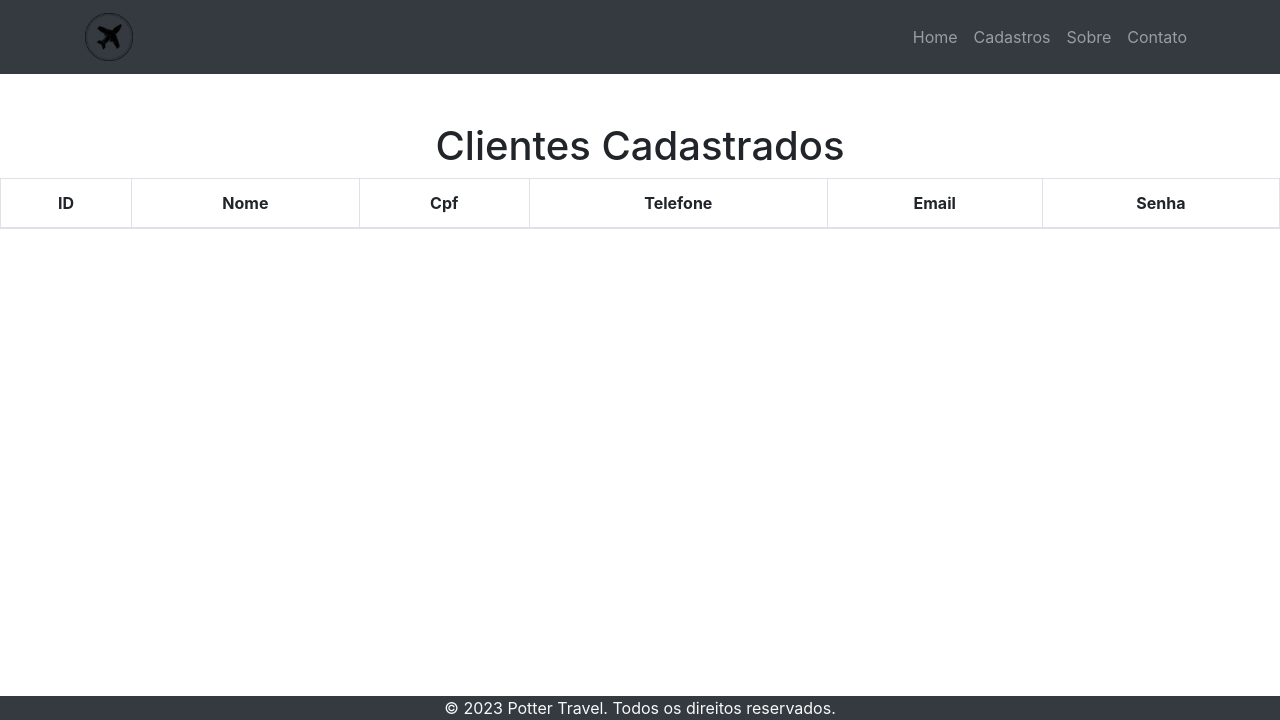
Repository: marcelledssantos/PotterTravel-MVC
Page: http://localhost/PotterTravel-MVC/ReadController
These files come from the project's save history. The page is drawn as it stood at one moment and after the next save; the edit follows.
The browser window is 1280 px wide. The pictures show the whole page.
Some web libraries are served in a nearby version. The page is served by Tomcat 9. Other server files are loaded and not shown. Queries for data that is not in the repository find no rows.

Above is the page before, as saved 2023-11-03 00:25:24.

### PotterTravel-MVC/src/main/webapp/clientes.jsp
<%@ page language="java" contentType="text/html; charset=UTF-8"
	pageEncoding="UTF-8"%>

	<%@ taglib prefix="jstl" uri="http://java.sun.com/jsp/jstl/core"%>

<!DOCTYPE html>
<html>
<head>
<meta charset="UTF-8">
<title>Clientes Cadastrados</title>
<!-- Inclua o link para o Bootstrap via CDN -->

<link rel="stylesheet"
	href="https://maxcdn.bootstrapcdn.com/bootstrap/4.5.2/css/bootstrap.min.css">
</head>
<body class="text-center">

    <!-- Cabeçalho -->

     <header>
        <nav class="navbar navbar-expand-lg navbar-dark  bg-dark text-light">
            <div class="container">
                <a class="navbar-brand" href="#"><img src="./Icon/aviao.png"/ height="48px"></a>
                <button class="navbar-toggler" type="button" data-toggle="collapse" data-target="#navbarNav" aria-controls="navbarNav" aria-expanded="false" aria-label="Toggle navigation">
                    <span class="navbar-toggler-icon"></span>
                </button>
                <div class="collapse navbar-collapse" id="navbarNav">
                    <ul class="navbar-nav ml-auto">
                        <li class="nav-item">
                            <a class="nav-link" href="#">Home</a>
                        </li>
                        <li class="nav-item">
                            <a class="nav-link" href="ReadController">Cadastros</a>
                        </li>
                        <li class="nav-item">
                            <a class="nav-link" href="#sobre">Sobre</a>
                        </li>
                        <li class="nav-item">
                            <a class="nav-link" href="#contato">Contato</a>
                        </li>
                    </ul>
                </div>
            </div>
        </nav>
    </header>

	<h1 class="mt-5">Clientes Cadastrados</h1>
		<table class="table table-bordered">
			<thead>
				<tr>
					<th>ID</th>
					<th>Nome</th>
					<th>Cpf</th>
					<th>Telefone</th>
					<th>Email</th>
					<th>Senha</th>
				</tr>
			</thead>
			<tbody>
				<jstl:forEach items="${clientes}" var="cliente">
					<tr>
						<td>${cliente.id}</td>
						<td>${cliente.nome}</td>
						<td>${cliente.cpf}</td>
						<td>${cliente.telefone}</td>
						<td>${cliente.email}</td>
						<td>${cliente.senha}</td>
						<td>
							<td>
							<a href="UpdateController?id=${cliente.id}"
							onclick="return confirm('Editar cliente??')"
							class="btn btn-dark">Atualizar</a>
							<a href="DeleteController?id=${cliente.id}"
							onclick="return confirm('Deseja Excluir?')"
							class="btn btn-danger">Excluir</a>
						</td>
					</tr>
				</jstl:forEach>
			</tbody>
		</table>

	 <!-- Rodapé -->

     <footer class="bg-dark text-light text-center mt -5 fixed-bottom">
        &copy; 2023 Potter Travel. Todos os direitos reservados.
    </footer>


	<script src="https://code.jquery.com/jquery-3.5.1.slim.min.js"></script>
	<script
		src="https://cdn.jsdelivr.net/npm/@popperjs/core@2.5.3/dist/umd/popper.min.js"></script>
	<script
		src="https://maxcdn.bootstrapcdn.com/bootstrap/4.5.2/js/bootstrap.min.js"></script>

</body>
</html>

### PotterTravel-MVC/src/main/java/controller/ReadController.java
package controller;

import java.io.IOException;
import java.util.List;
import javax.servlet.RequestDispatcher;
import javax.servlet.ServletException;
import javax.servlet.annotation.WebServlet;
import javax.servlet.http.HttpServlet;
import javax.servlet.http.HttpServletRequest;
import javax.servlet.http.HttpServletResponse;

import dao.ClienteDAO;
import model.Cliente;

@WebServlet("/ReadController")
public class ReadController extends HttpServlet {
	private static final long serialVersionUID = 1L;

	protected void doGet(HttpServletRequest req, HttpServletResponse res)
			throws ServletException, IOException {
		try {
			ClienteDAO cDAO = new ClienteDAO();
			List<Cliente> clientes = cDAO.findClientes();
			req.setAttribute("clientes", clientes);

			RequestDispatcher rd = req.getRequestDispatcher("clientes.jsp");
			rd.forward(req, res);


		} catch (Exception e) {
			e.printStackTrace();
		}


	}

}

### PotterTravel-MVC/src/main/java/dao/ClienteDAO.java
package dao;

import java.sql.Connection;
import java.sql.PreparedStatement;
import java.sql.ResultSet;
import java.util.ArrayList;
import java.util.List;
import connectionDataBase.ConnectionDataBase;
import model.Cliente;
public class ClienteDAO {

	public void createCliente(Cliente cliente) {
		String sql = "INSERT INTO cliente(nome, cpf, telefone, email, senha)" + "VALUES(?,?,?,?,?)";

		Connection conn = null;
		PreparedStatement pstm = null;

		try {

			conn = ConnectionDataBase.createConnectionToMySQL();
			pstm = conn.prepareStatement(sql);

			pstm.setString(1, cliente.getNome());
			pstm.setString(2, cliente.getCpf());
			pstm.setString(3, cliente.getTelefone());
			pstm.setString(4, cliente.getEmail());
			pstm.setString(5, cliente.getSenha());
			pstm.execute();

			System.out.println("Cliente criado com sucesso!");

		} catch (Exception e) {
			e.printStackTrace();
		}
	}

	public Cliente findCliente(int id) {
		Cliente cliente= null;
	  String sql = "SELECT * FROM Cliente WHERE id=?";

			Connection conn = null;
			PreparedStatement pstm = null;

			ResultSet rset = null;


			try {
				try {
					conn = ConnectionDataBase.createConnectionToMySQL();
					pstm = conn.prepareStatement(sql);
					rset = pstm.executeQuery();

				while (rset.next()) {
					cliente = new Cliente();
					cliente.setId(rset.getInt("id"));
					cliente.setNome(rset.getString("nome"));
					cliente.setCpf(rset.getString("cpf"));
					cliente.setTelefone(rset.getString("telefone"));
					cliente.setEmail(rset.getString("email"));
					cliente.setSenha(rset.getString("senha"));
				}

			} catch (Exception e) {
				e.printStackTrace();
			} finally {
				try {
					if (rset != null) {
						rset.close();
					}
					if (pstm != null) {
						pstm.close();
					}
					if (conn != null) {
						conn.close();
					}
				} catch (Exception e) {
					e.printStackTrace();
				}
			}
			} finally {

			}
			return cliente;

		}
	public List<Cliente> findClientes() {
		String sql = "SELECT * FROM Cliente";
		List<Cliente> clientes = new ArrayList<Cliente>();

		Connection conn = null;
		PreparedStatement pstm = null;

		ResultSet rset = null;

		try {
			conn = ConnectionDataBase.createConnectionToMySQL();
			pstm = conn.prepareStatement(sql);
			rset = pstm.executeQuery();

			while (rset.next()) {
				Cliente cliente = new Cliente();

				cliente.setId(rset.getInt("id"));
				cliente.setNome(rset.getString("nome"));
				cliente.setCpf(rset.getString("cpf"));
				cliente.setTelefone(rset.getString("telefone"));
				cliente.setEmail(rset.getString("email"));
				cliente.setSenha(rset.getString("senha"));
				clientes.add(cliente);
			}
		} catch (Exception e) {
			e.printStackTrace();

		} finally {
			try {
				if (rset != null) {
					rset.close();
				}
				if (pstm != null) {
					pstm.close();
				}
				if (conn != null) {
					conn.close();
				}
			} catch (Exception e) {
				e.printStackTrace();
			}
		}
		return clientes;
	}

	public void update(Cliente cliente) {

		String sql = "UPDATE cliente SET nome = ?, cpf = ?, telefone = ?, email = ?, senha = ? "
				+ "WHERE id = ?";

		Connection conn = null;
		PreparedStatement pstm = null;

		try {

		conn = ConnectionDataBase.createConnectionToMySQL();
		pstm = conn.prepareStatement(sql);
		pstm.setString(1, cliente.getNome());
		pstm.setString(2, cliente.getCpf());
		pstm.setString(3, cliente.getTelefone());
		pstm.setString(4, cliente.getEmail());
		pstm.setString(5, cliente.getSenha());
		pstm.setInt(6, cliente.getId());
		pstm.execute();

		} catch (Exception e) {

			e.printStackTrace();
		} finally {

			// Fecha as conexões

			try {
				if (pstm != null) {

					pstm.close();
				}

				if (conn != null) {
					conn.close();
				}

			} catch (Exception e) {

				e.printStackTrace();
			}
		}
	}
	public Cliente getClienteById(int id) {

		String sql = "SELECT *FROM  cliente WHERE id = ?";
		Cliente cliente = new Cliente();

		ResultSet rset= null;
		Connection conn = null;
		PreparedStatement pstm = null;

		try {

			conn = ConnectionDataBase.createConnectionToMySQL();
			pstm = conn.prepareStatement(sql);
			pstm.setInt(1, id);
			rset = pstm.executeQuery();

			rset.next();

			cliente.setNome(rset.getString("nome"));
			cliente.setCpf(rset.getString("cpf"));
			cliente.setTelefone(rset.getString("telefone"));
			cliente.setEmail(rset.getString("email"));
			cliente.setSenha(rset.getString("senha"));
			cliente.setId(rset.getInt("id"));

			/*pstm.setString(1, cliente.getNome());
			pstm.setString(2, cliente.getCpf());
			pstm.setString(3, cliente.getTelefone());
			pstm.setString(4, cliente.getEmail());
			pstm.setString(5, cliente.getSenha());
			pstm.setInt(6, cliente.getId());
			pstm.execute();
		*/

		} catch (Exception e) {
			e.printStackTrace();
		} finally {
			try {
				if (pstm != null) {
					pstm.close();
				}
				if (conn != null) {
					conn.close();
				}
			} catch (Exception e) {
				e.printStackTrace();
			}
		}

		return cliente;
	}
	public void removeById(int id) {
		String sql = "DELETE FROM cliente WHERE id = ?";

		Connection conn = null;
		PreparedStatement pstm = null;

		try {
			conn = ConnectionDataBase.createConnectionToMySQL();
			pstm = conn.prepareStatement(sql);
			pstm.setInt(1, id);
			pstm.execute();

		} catch (Exception e) {
			e.printStackTrace();
		} finally {

			try {
				if (pstm != null) {
					pstm.close();
				}
			} catch (Exception e) {
				e.printStackTrace();
			}

		}
	}
 {

	}



}

### PotterTravel-MVC/src/main/java/connectionDataBase/ConnectionDataBase.java
package connectionDataBase;

import java.sql.Connection;
import java.sql.DriverManager;

public class ConnectionDataBase {

	private static final String USERNAME = "root";

	private static final String PASSWORD = "Dorgas100!";

	private static final String DATABASE_URL =
			"jdbc:mysql://localhost:3306/agencia_viagem";

	public static Connection createConnectionToMySQL() throws Exception{
		Class.forName("com.mysql.cj.jdbc.Driver");

		Connection connection =
	DriverManager.getConnection(DATABASE_URL,USERNAME,PASSWORD);
		return connection;
	}
	public static void main(String[] args) throws Exception{
		Connection con = createConnectionToMySQL();
		if(con !=null) {
			System.out.println("Conexão obtida com sucesso" + con);

		}
	}
}

After the next save:
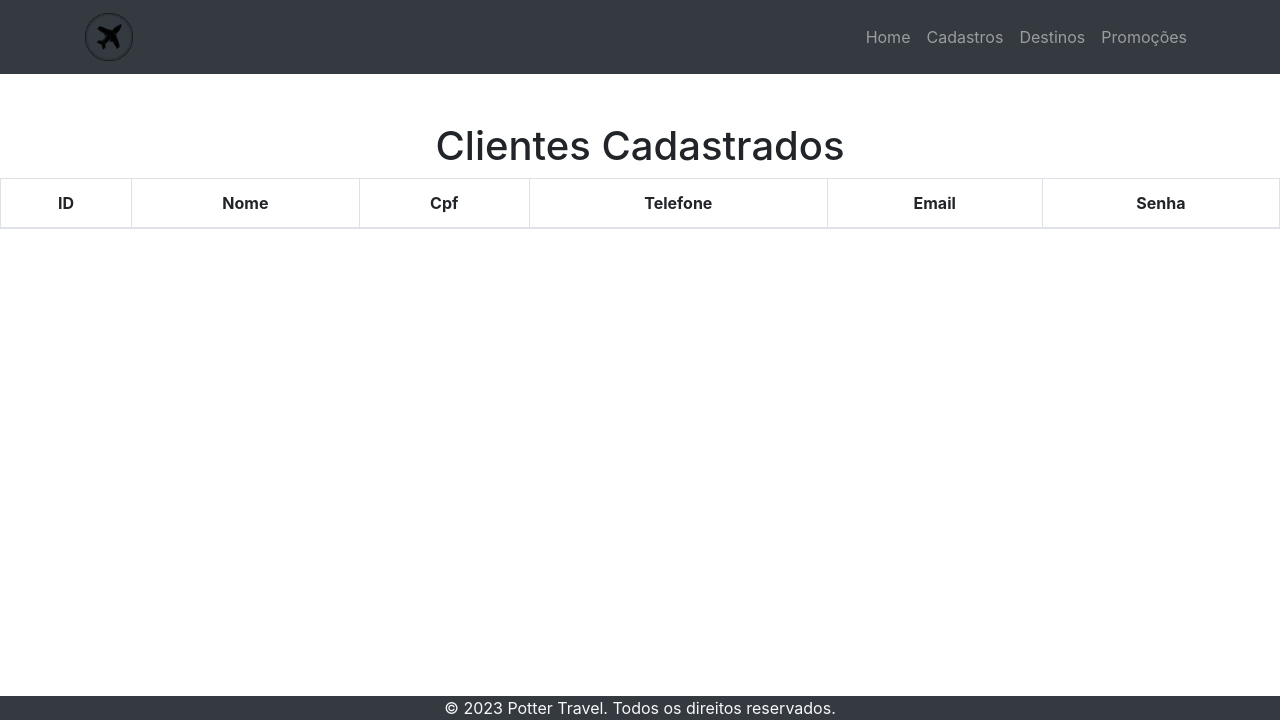
Saved 16 s later.
--- a/PotterTravel-MVC/src/main/webapp/clientes.jsp
+++ b/PotterTravel-MVC/src/main/webapp/clientes.jsp
@@ -17,32 +17,30 @@
 
     <!-- Cabeçalho -->
 
-     <header>
-        <nav class="navbar navbar-expand-lg navbar-dark  bg-dark text-light">
-            <div class="container">
-                <a class="navbar-brand" href="#"><img src="./Icon/aviao.png"/ height="48px"></a>
-                <button class="navbar-toggler" type="button" data-toggle="collapse" data-target="#navbarNav" aria-controls="navbarNav" aria-expanded="false" aria-label="Toggle navigation">
-                    <span class="navbar-toggler-icon"></span>
-                </button>
-                <div class="collapse navbar-collapse" id="navbarNav">
-                    <ul class="navbar-nav ml-auto">
-                        <li class="nav-item">
-                            <a class="nav-link" href="#">Home</a>
-                        </li>
-                        <li class="nav-item">
-                            <a class="nav-link" href="ReadController">Cadastros</a>
-                        </li>
-                        <li class="nav-item">
-                            <a class="nav-link" href="#sobre">Sobre</a>
-                        </li>
-                        <li class="nav-item">
-                            <a class="nav-link" href="#contato">Contato</a>
-                        </li>
-                    </ul>
-                </div>
-            </div>
-        </nav>
-    </header>
+   <header>
+		<nav class="navbar navbar-expand-lg navbar-dark  bg-dark text-light">
+			<div class="container">
+				<a class="navbar-brand" href="#"><img src="./Icon/aviao.png"
+					height="48px"></a>
+				<button class="navbar-toggler" type="button" data-toggle="collapse"
+					data-target="#navbarNav" aria-controls="navbarNav"
+					aria-expanded="false" aria-label="Toggle navigation">
+					<span class="navbar-toggler-icon"></span>
+				</button>
+				<div class="collapse navbar-collapse" id="navbarNav">
+					<ul class="navbar-nav ml-auto">
+						<li class="nav-item"><a class="nav-link" href="index.html">Home</a>
+						</li>
+						<li class="nav-item"><a class="nav-link"
+							href="./ReadController">Cadastros</a></li>
+						<li class="nav-item"><a class="nav-link" href="#">Destinos</a></li>
+						<li class="nav-item"><a class="nav-link" href="#">Promoções</a>
+						</li>
+					</ul>
+				</div>
+			</div>
+		</nav>
+	</header>
 
 	<h1 class="mt-5">Clientes Cadastrados</h1>
 		<table class="table table-bordered">
